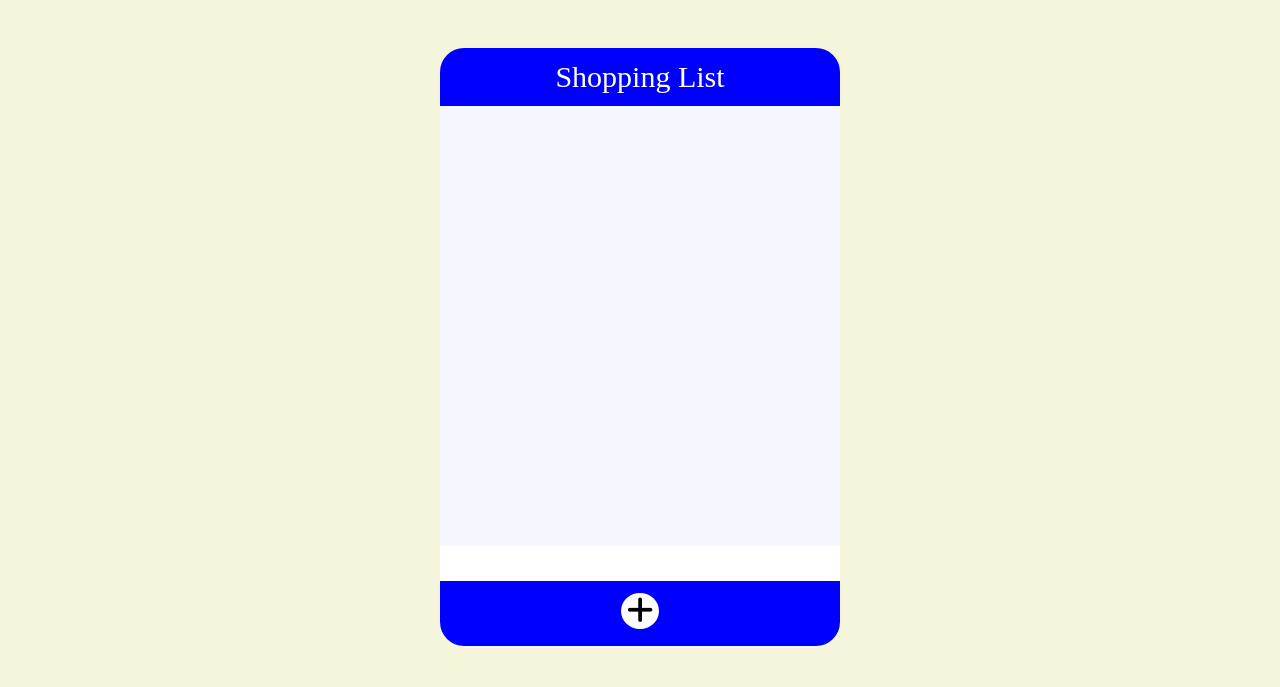
Repository: keehoonjung/Shopping-list
Page: index.html
An editor plug-in stored every save of this project. The page is shown before and after the next save, followed by the edit.
The browser window is 1280 px wide. The pictures show the whole page.
Some web libraries are served in a nearby version.

Above is the page before, as saved 2021-08-08 11:27:03.

After the next save:
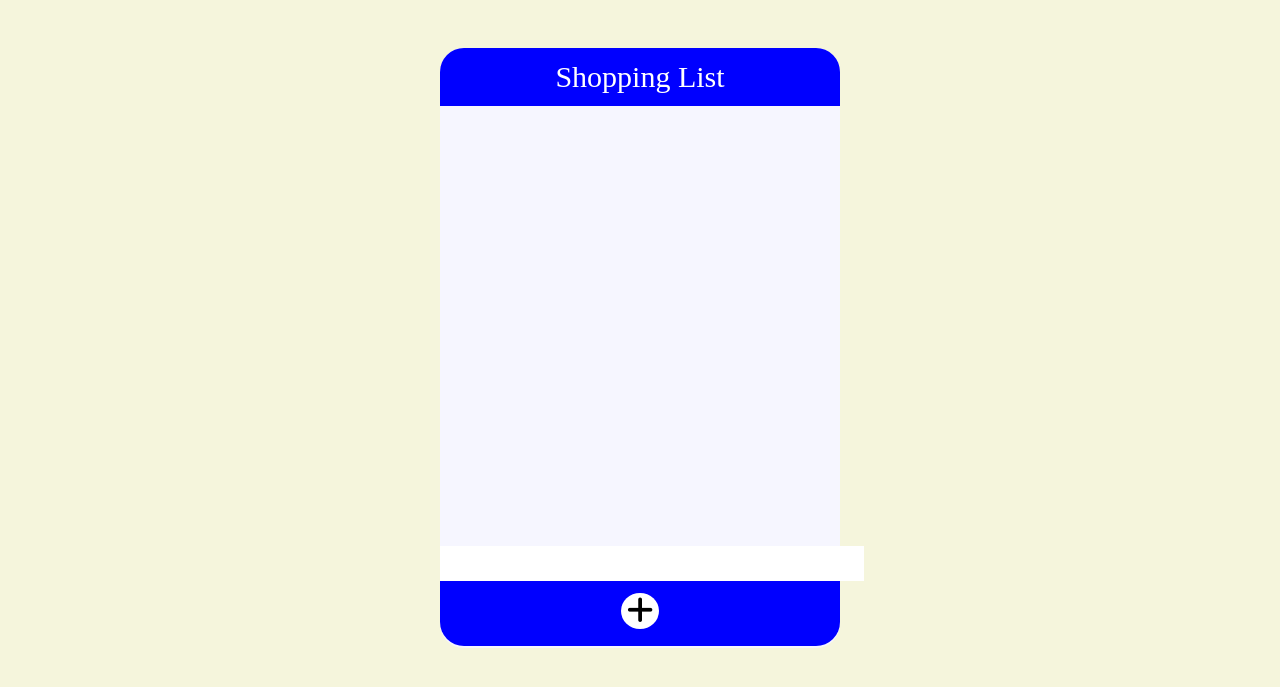
Saved 11 s later.
--- a/style.css
+++ b/style.css
@@ -50,7 +50,7 @@
   width: 100%;
   border-style: none;
   height: 35px;
-  padding: 0;
+  padding: 0 12px;
 }
 
 .footer {

After the save that followed:
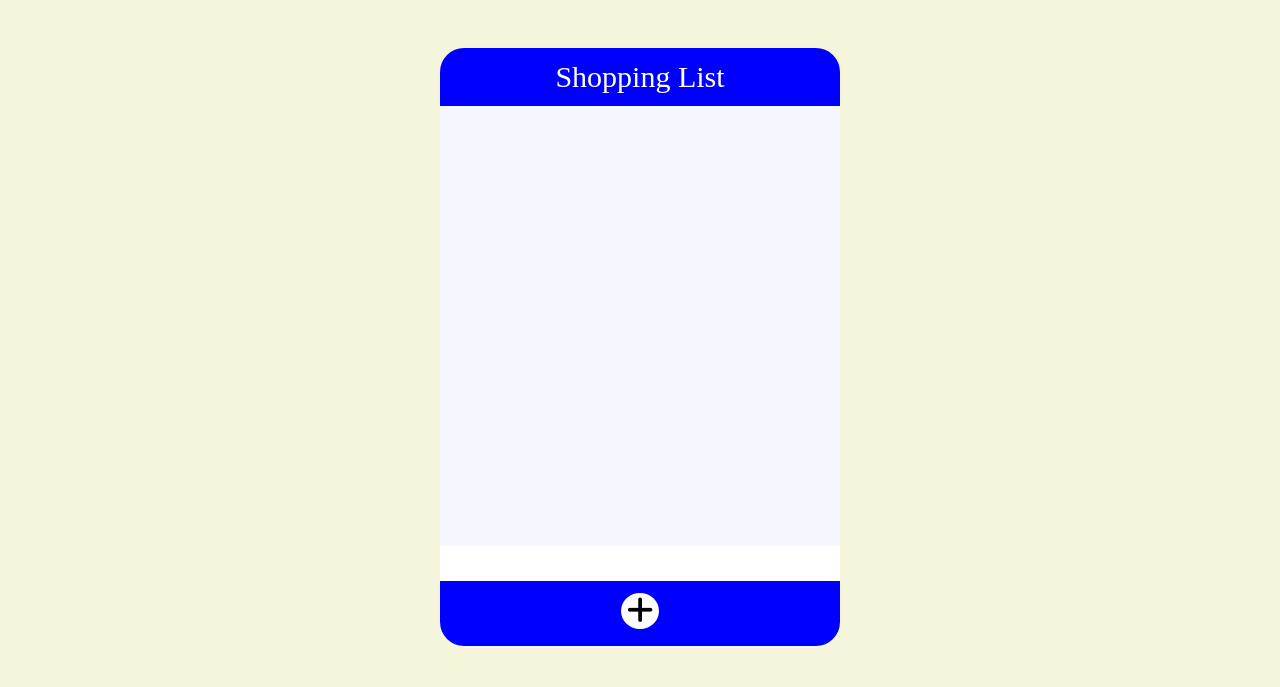
Saved 7 s later.
--- a/style.css
+++ b/style.css
@@ -50,7 +50,7 @@
   width: 100%;
   border-style: none;
   height: 35px;
-  padding: 0 12px;
+  padding: 0;
 }
 
 .footer {
